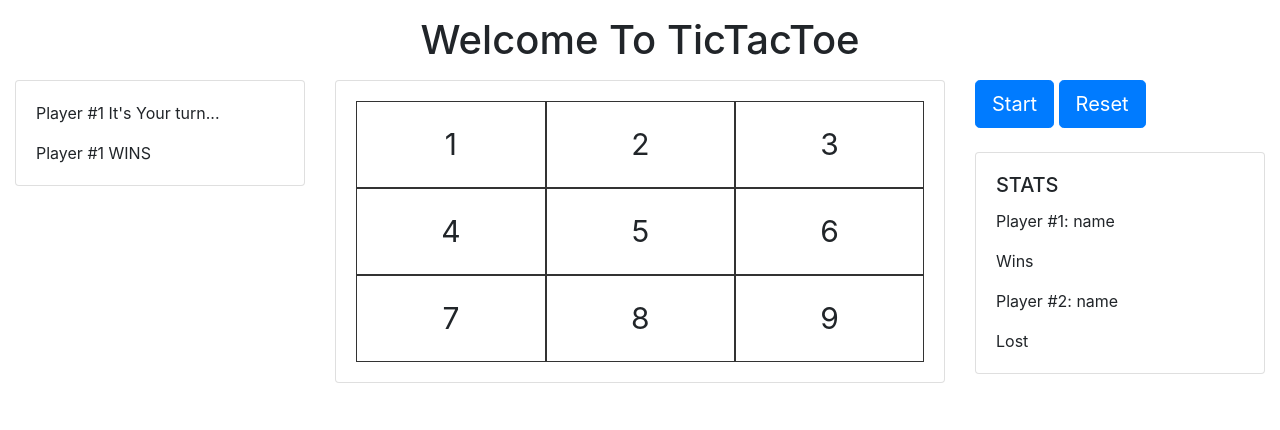
Repository: rOluochKe/JS-TicTacToe
Page: index.html
The author's editor kept a copy of each file at every save. The page is drawn from the files as they stood at one save, then again after the next save.
The browser window is 1280 px wide. The pictures show the whole page.
Some web libraries are served in a nearby version.

Above is the page before, as saved 2020-05-27 00:41:10.
Not found: css/reset.css

### index.html
<!DOCTYPE html>
<html lang="en">
  <head>
    <meta charset="UTF-8" />
    <meta name="viewport" content="width=device-width, initial-scale=1.0" />
    <link rel="stylesheet" href="https://use.fontawesome.com/releases/v5.0.7/css/all.css">
    <link rel="stylesheet" href="./css/styles.css" />
    <link rel="stylesheet" href="./css/reset.css" />
    <link
      rel="stylesheet"
      href="https://stackpath.bootstrapcdn.com/bootstrap/4.3.1/css/bootstrap.min.css"
    />
    <title>TicTacToe JavaScript Game</title>
  </head>
  <body>
    <main class="container-fluid">
      <!-- Header -->
      <div class="row">
        <h1 class="my-3 text-center w-100">Welcome To TicTacToe</h1>
      </div>
      <!-- Body Content -->
      <div class="row">
        <div class="col-md-3">
          <div class="card">
            <div class="card-body">
              <p class="card-text">Player #1 It's Your turn...</p>
              <p class="card-text">Player #1 WINS</p>
            </div>
          </div>
        </div>

        <div class="col-md-6">
          <div class="card">
            <div class="card-body tic-grid">
                <div class="cell">1</div>
                <div class="cell">2</div>
                <div class="cell">3</div>
                <div class="cell">4</div>
                <div class="cell">5</div>
                <div class="cell">6</div>
                <div class="cell">7</div>
                <div class="cell">8</div>
                <div class="cell">9</div>
            </div>
          </div>
        </div>

        <div class="col-md-3">
          <div class="game-buttons mb-4">
            <button class="btn btn-primary btn-lg">Start </button>
            <button class="btn btn-primary btn-lg">Reset </button>
          </div>

          <div class="card">
            <div class="card-body">
              <h5 class="card-title">STATS</h5>
              <p class="card-text">Player #1: name</p>
              <p class="card-text">Wins</p>

              <p class="card-text">Player #2: name</p>
              <p class="card-text">Lost</p>
            </div>
          </div>
        </div>
      </div>
    </main>
  </body>
  <script src="https://code.jquery.com/jquery-3.3.1.slim.min.js"></script>
  <script src="https://cdnjs.cloudflare.com/ajax/libs/popper.js/1.14.7/umd/popper.min.js"></script>
  <script src="https://stackpath.bootstrapcdn.com/bootstrap/4.3.1/js/bootstrap.min.js"></script>
</html>

### css/styles.css
.tic-grid {
  display: grid;
  grid-template-columns: auto auto auto;
  padding: 10px
}

.cell {
  background-color: rgba(255, 255, 255, 0.8);
  border: 1px solid rgba(0, 0, 0, 0.8);
  padding: 20px;
  font-size: 30px;
  text-align: center;
}

After the next save:
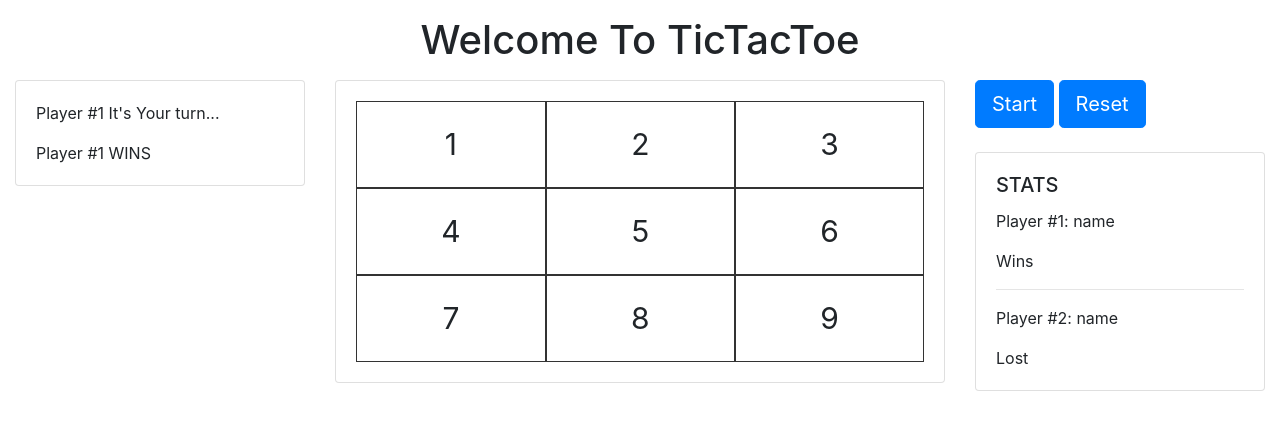
Saved 93 s later.
--- a/index.html
+++ b/index.html
@@ -56,7 +56,7 @@
               <h5 class="card-title">STATS</h5>
               <p class="card-text">Player #1: name</p>
               <p class="card-text">Wins</p>
-
+              <hr/>
               <p class="card-text">Player #2: name</p>
               <p class="card-text">Lost</p>
             </div>
